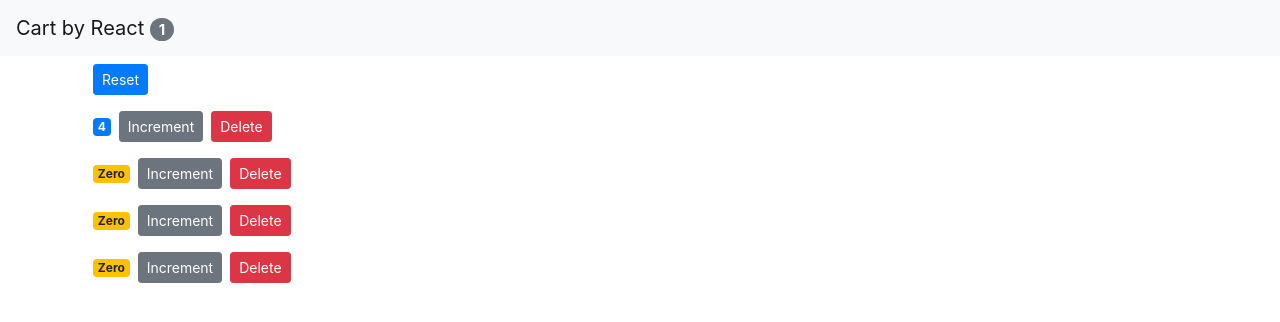
Repository: smk87/First-React-App
Page: /
An editor plug-in stored every save of this project. The page is shown before and after the next save, followed by the edit.
The browser window is 1280 px wide. The pictures show the whole page.
The project was rebuilt for these pictures with package versions that can differ from the ones it lists, and the page was loaded fresh each time. Also part of the build but not shown: src/App.css.

Above is the page before, as saved 2019-01-06 14:23:37.

### public/index.html
<!DOCTYPE html>
<html lang="en">
  <head>
    <meta charset="utf-8" />
    <link rel="shortcut icon" href="%PUBLIC_URL%/favicon.ico" />
    <meta
      name="viewport"
      content="width=device-width, initial-scale=1, shrink-to-fit=no"
    />
    <meta name="theme-color" content="#000000" />
    <!--
      manifest.json provides metadata used when your web app is added to the
      homescreen on Android. See https://developers.google.com/web/fundamentals/web-app-manifest/
    -->
    <link rel="manifest" href="%PUBLIC_URL%/manifest.json" />
    <!--
      Notice the use of %PUBLIC_URL% in the tags above.
      It will be replaced with the URL of the `public` folder during the build.
      Only files inside the `public` folder can be referenced from the HTML.

      Unlike "/favicon.ico" or "favicon.ico", "%PUBLIC_URL%/favicon.ico" will
      work correctly both with client-side routing and a non-root public URL.
      Learn how to configure a non-root public URL by running `npm run build`.
    -->
    <title>Cart by React</title>
  </head>
  <body>
    <noscript>You need to enable JavaScript to run this app.</noscript>
    <div id="root"></div>
    <!--
      This HTML file is a template.
      If you open it directly in the browser, you will see an empty page.

      You can add webfonts, meta tags, or analytics to this file.
      The build step will place the bundled scripts into the <body> tag.

      To begin the development, run `npm start` or `yarn start`.
      To create a production bundle, use `npm run build` or `yarn build`.
    -->
  </body>
</html>

### src/App.js
import React, { Component } from "react";
import logo from "./logo.svg";
import "./App.css";
import NavBar from "./components/navbar";
import Counters from "./components/counters";

class App extends Component {
  state = {
    counters: [
      { id: 1, value: 4 },
      { id: 2, value: 0 },
      { id: 3, value: 0 },
      { id: 4, value: 0 }
    ]
  };

  handleDelete = counterId => {
    const counters = this.state.counters.filter(c => c.id !== counterId);
    this.setState({ counters });
  };

  handleReset = () => {
    const reset = this.state.counters.map(c => {
      c.value = 0;
      return c;
    });
    this.setState({ reset });
  };

  handleIncrement = counter => {
    console.log(counter);

    const counters = [...this.state.counters];
    const index = counters.indexOf(counter);
    counters[index] = { ...counter };
    counters[index].value++;
    this.setState({ counters });
  };

  render() {
    return (
      <React.Fragment>
        <NavBar
          totalCounters={this.state.counters.filter(c => c.value > 0).length}
        />
        <main className="container">
          <Counters
            counters={this.state.counters}
            onReset={this.handleReset}
            onIncrement={this.handleIncrement}
            onDelete={this.handleDelete}
          />
        </main>
      </React.Fragment>
    );
  }
}

export default App;

### src/components/navbar.jsx
import React, { Component } from "react";

const NavBar = props => {
  return (
    <nav className="navbar navbar-light bg-light">
      <a className="navbar-brand" href="#">
        Cart by React{" "}
        <span className="badge badge-pill badge-secondary">
          {props.totalCounters}
        </span>
      </a>
    </nav>
  );
};

export default NavBar;

### src/components/counters.jsx
import React, { Component } from "react";
import Counter from "./counter";

class Counters extends Component {
  render() {
    const { onReset, counters, onDelete, onIncrement } = this.props;

    return (
      <div>
        <button onClick={onReset} className="btn btn-primary btn-sm m-2">
          Reset
        </button>

        {counters.map(counter => (
          <Counter
            onDelete={onDelete}
            onIncrement={onIncrement}
            key={counter.id}
            counter={counter}
          />
        ))}
      </div>
    );
  }
}

export default Counters;

### src/components/counter.jsx
import React, { Component } from "react";

class Counter extends Component {
  render() {
    return (
      <div>
        <span className={this.getBadgeClasses()}>{this.formatCount()}</span>
        <button
          onClick={() => this.props.onIncrement(this.props.counter)}
          className="btn btn-secondary btn-sm"
        >
          Increment
        </button>
        <button
          onClick={() => this.props.onDelete(this.props.counter.id)}
          className="btn btn-danger btn-sm m-2"
        >
          Delete
        </button>
      </div>
    );
  }

  getBadgeClasses() {
    let classes = "badge m-2 badge-";
    classes += this.props.counter.value === 0 ? "warning" : "primary";
    return classes;
  }

  formatCount() {
    const { value: count } = this.props.counter;
    return count === 0 ? "Zero" : count;
  }
}

export default Counter;

Loaded but not shown: src/index.js (common file); src/index.css (common file); src/serviceWorker.js (common file)

After the next save:
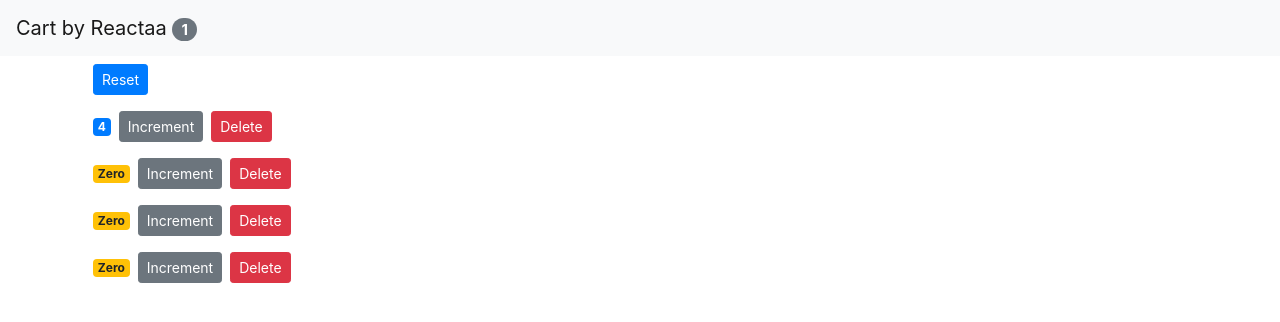
Saved 17 s later.
--- a/src/components/navbar.jsx
+++ b/src/components/navbar.jsx
@@ -4,7 +4,7 @@ const NavBar = props => {
   return (
     <nav className="navbar navbar-light bg-light">
       <a className="navbar-brand" href="#">
-        Cart by React{" "}
+        Cart by React{"aa "}
         <span className="badge badge-pill badge-secondary">
           {props.totalCounters}
         </span>
